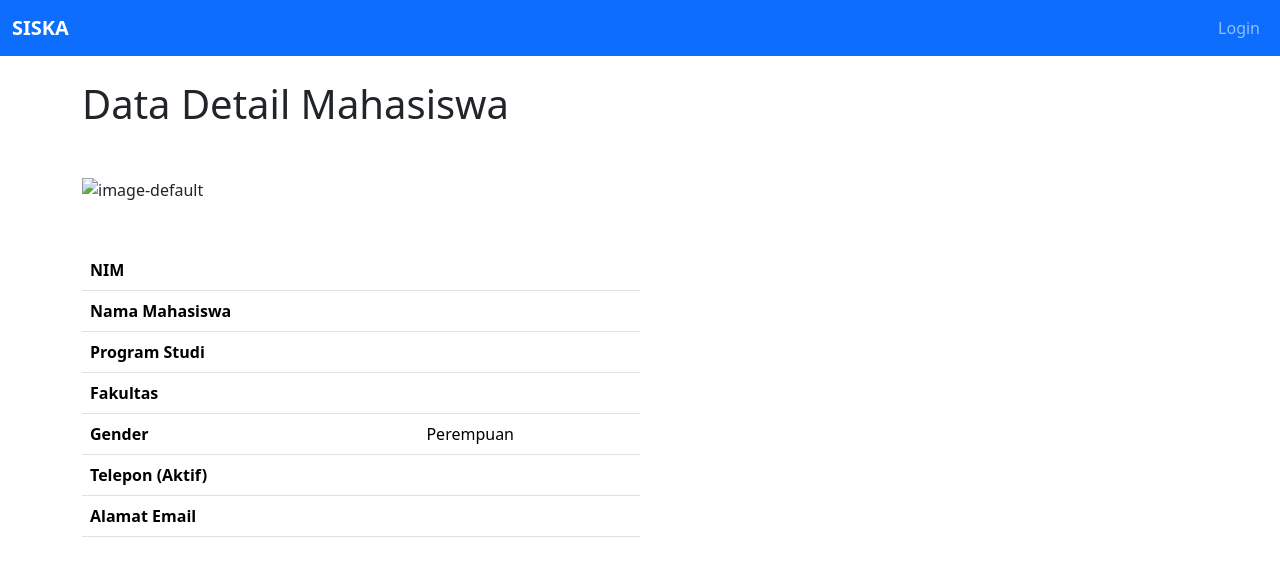
Repository: WiraAtma/administrasi-kampus
Page: resources/views/mahasiswa-detail.blade.php
The author's editor kept a copy of each file at every save. The page is drawn from the files as they stood at one save, then again after the next save.
The browser window is 1280 px wide. The pictures show the whole page.
The page is served by the project's Laravel application, run on PHP 8.4 with Laravel 12. Other server files are loaded and not shown. The template is opened directly, without the code that normally fills it, so the values that code supplies are empty.

Above is the page before, as saved 2024-10-26 16:10:30.

### routes/web.php
<?php

use App\Http\Controllers\AuthController;
use App\Http\Controllers\FakultasController;
use App\Http\Controllers\MahasiswaController;
use App\Http\Controllers\ProdiController;
use App\Http\Middleware\AdminAccess;
use App\Http\Middleware\DosenAccess;
use Illuminate\Support\Facades\Route;

Route::get('/', function() {
    return view('home');
});

Route::get('/login', [AuthController::class, 'login'])->name('login')->middleware('guest');
Route::post('/login', [AuthController::class, 'authenticing'])->middleware('guest');
Route::get('/logout', [AuthController::class, 'logout']);

Route::get('/mahasiswa', [MahasiswaController::class, 'index'])->middleware('auth');
Route::get('/mahasiswa-detail/{id}', [MahasiswaController::class, 'show'])->middleware('auth');
Route::get('/mahasiswa-create', [MahasiswaController::class, 'create'])->middleware([AdminAccess::class]);
Route::post('/filter-mahasiswa', [MahasiswaController::class, 'store'])->middleware([AdminAccess::class]);
Route::get('/mahasiswa-edit/{id}', [MahasiswaController::class, 'edit'])->middleware([DosenAccess::class]);
Route::put('/filter-mahasiswa/{id}', [MahasiswaController::class, 'update'])->middleware([DosenAccess::class]);
Route::get('/mahasiswa-delete/{id}', [MahasiswaController::class, 'delete'])->middleware([AdminAccess::class]);
Route::delete('/filter-delete-mahasiswa/{id}', [MahasiswaController::class, 'destroy'])->middleware([AdminAccess::class]);
Route::get('/mahasiswa-temporary', [MahasiswaController::class, 'mahasiswaDeleted'])->middleware([AdminAccess::class]);
Route::get('/filter-restore-mahasiswa/{id}', [MahasiswaController::class, 'restore'])->middleware([AdminAccess::class]);

Route::get('/prodi', [ProdiController::class, 'index'])->middleware('auth');
Route::get('/prodi-detail/{id}', [ProdiController::class, 'show'])->middleware('auth');
Route::get('/prodi-create', [ProdiController::class, 'create'])->middleware([AdminAccess::class]);
Route::post('/filter-prodi', [ProdiController::class, 'store'])->middleware([AdminAccess::class]);
Route::get('/prodi-edit/{id}', [ProdiController::class, 'edit'])->middleware([DosenAccess::class]);
Route::post('/filter-prodi/{id}', [ProdiController::class, 'update'])->middleware([DosenAccess::class]);
Route::get('/prodi-delete/{id}', [ProdiController::class, 'delete'])->middleware([AdminAccess::class]);
Route::delete('/filter-delete-prodi/{id}', [ProdiController::class, 'destroy'])->middleware(AdminAccess::class);
Route::get('/prodi-temporary', [ProdiController::class, 'prodiDeleted'])->middleware([AdminAccess::class]);
Route::get('/filter-restore-prodi/{id}', [ProdiController::class, 'restore'])->middleware([AdminAccess::class]);

Route::get('/fakultas', [FakultasController::class, 'index'])->middleware('auth');

### resources/views/mahasiswa-detail.blade.php
@extends('layouts.mainLayouts')

@section('title','Detail Mahasiswa')

@section('content')
    <h1>Data Detail Mahasiswa</h1>
    <div class="my-5">
        @if ($mahasiswa->image != '')
            <img src="{{ asset('storage/photo/'. $mahasiswa->image) }}" alt="image" style="width:200px">
        @else
            <img src="{{ asset('storage/default/defaultPhoto.jpg') }}" alt="image-default" style="width:200px">
        @endif

    </div>
    <div class="mt-5">
        <table class="table" style="width: 50%">
            <tr>
                <th>NIM</th>
                <td>{{ $mahasiswa->nim }}</td>
            </tr>
            <tr>
                <th>Nama Mahasiswa</th>
                <td>{{ $mahasiswa->name }}</td>
            </tr>
            <tr>
                <th>Program Studi</th>
                <td>{{ $mahasiswa->prodi->name }}</td>
            </tr>
            <tr>
                <th>Fakultas</th>
                <td>{{ $mahasiswa->prodi->fakultas->name }}</td>
            </tr>
            <tr>
                <th>Gender</th>
                <td>
                    @if ($mahasiswa->gender === 'L')
                        Laki - Laki
                    @else
                        Perempuan
                    @endif
                </td>
            </tr>
            <tr>
                <th>Telepon (Aktif)</th>
                <td>{{ $mahasiswa->phone }}</td>
            </tr>
            <tr>
                <th>Alamat Email</th>
                <td>{{ $mahasiswa->email }}</td>
            </tr>
        </table>
    </div>
@endsection

### resources/views/layouts/mainLayouts.blade.php
<!DOCTYPE html>
<html lang="en">
<head>
    <meta charset="UTF-8">
    <meta name="viewport" content="width=device-width, initial-scale=1.0">
    <meta http-equiv="X-UA-Compatible" content="ie=edge">
    <title>SISKA | @yield('title')</title>
    <link href="https://cdn.jsdelivr.net/npm/bootstrap@5.3.3/dist/css/bootstrap.min.css" rel="stylesheet" integrity="sha384-QWTKZyjpPEjISv5WaRU9OFeRpok6YctnYmDr5pNlyT2bRjXh0JMhjY6hW+ALEwIH" crossorigin="anonymous">
</head>
<body>
    <nav class="navbar sticky-top bg-primary navbar-expand-lg" data-bs-theme="dark">
        <div class="container-fluid">
          <a class="navbar-brand" href="/" style="font-weight: bold">SISKA</a>
          <button class="navbar-toggler" type="button" data-bs-toggle="collapse" data-bs-target="#navbarTogglerDemo02" aria-controls="navbarTogglerDemo02" aria-expanded="false" aria-label="Toggle navigation">
            <span class="navbar-toggler-icon"></span>
          </button>
          <div class="collapse navbar-collapse" id="navbarTogglerDemo02">
              <ul class="navbar-nav me-auto mb-2 mb-lg-0">
              @if(auth()->check() && auth()->user()->name != '')
              @else
                <li class="nav-item">
                  <a class="nav-link invisible {{ request()->is('/') ? 'active' : ''}}" href="/">Beranda</a>
                </li>
              @endif
              @if(auth()->check() && auth()->user()->name != '')
                <li class="nav-item">
                  <a class="nav-link {{ request()->is('mahasiswa') ? 'active' : ''}}" href="/mahasiswa">Mahasiswa</a>
                </li>
                <li class="nav-item">
                  <a class="nav-link {{ request()->is('prodi') ? 'active' : ''}}" href="/prodi">Program Studi</a>
                </li>
                <li class="nav-item">
                  <a class="nav-link {{ request()->is('fakultas') ? 'active' : ''}}" href="/fakultas">Fakultas Kampus</a>
                </li>
              @else
              @endif
              </ul>
            <ul class="navbar-nav">
              <li class="nav-item">
                @if(auth()->check() && auth()->user()->name != '')
                  <a href="/logout" class="nav-link">Logout</a>
                @else
                  <a href="/login" class="nav-link">Login</a>
                @endif
              </li>
            </ul>
          </div>
        </div>
    </nav>
    <div class="container mt-4">
        @yield('content')
    </div>
    <script src="https://cdn.jsdelivr.net/npm/bootstrap@5.3.3/dist/js/bootstrap.bundle.min.js" integrity="sha384-YvpcrYf0tY3lHB60NNkmXc5s9fDVZLESaAA55NDzOxhy9GkcIdslK1eN7N6jIeHz" crossorigin="anonymous"></script>
</body>
</html>

After the next save:
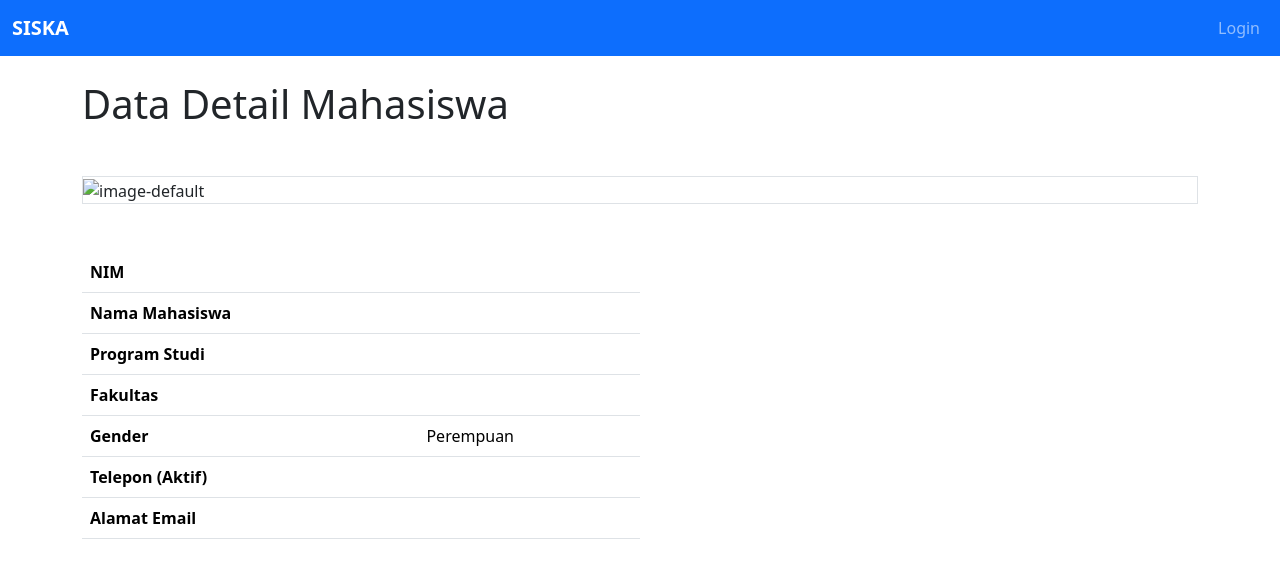
Saved 30 s later.
--- a/resources/views/mahasiswa-detail.blade.php
+++ b/resources/views/mahasiswa-detail.blade.php
@@ -4,7 +4,7 @@
 
 @section('content')
     <h1>Data Detail Mahasiswa</h1>
-    <div class="my-5">
+    <div class="my-5 border">
         @if ($mahasiswa->image != '')
             <img src="{{ asset('storage/photo/'. $mahasiswa->image) }}" alt="image" style="width:200px">
         @else

After the save that followed:
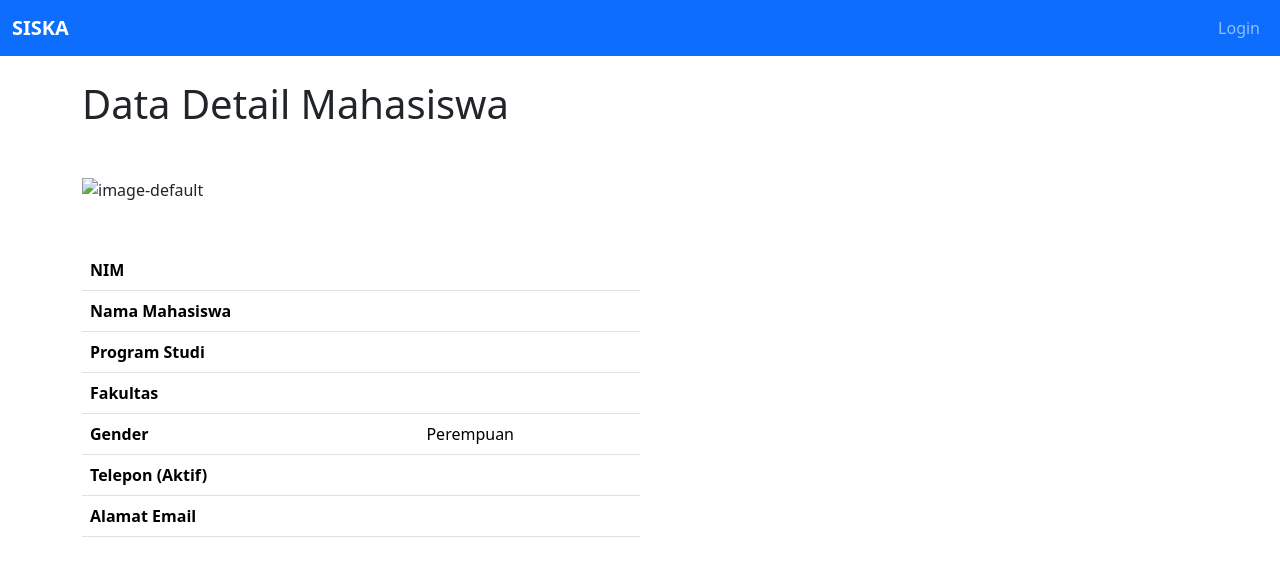
Saved 8 s later.
--- a/resources/views/mahasiswa-detail.blade.php
+++ b/resources/views/mahasiswa-detail.blade.php
@@ -4,7 +4,7 @@
 
 @section('content')
     <h1>Data Detail Mahasiswa</h1>
-    <div class="my-5 border">
+    <div class="my-5">
         @if ($mahasiswa->image != '')
             <img src="{{ asset('storage/photo/'. $mahasiswa->image) }}" alt="image" style="width:200px">
         @else
